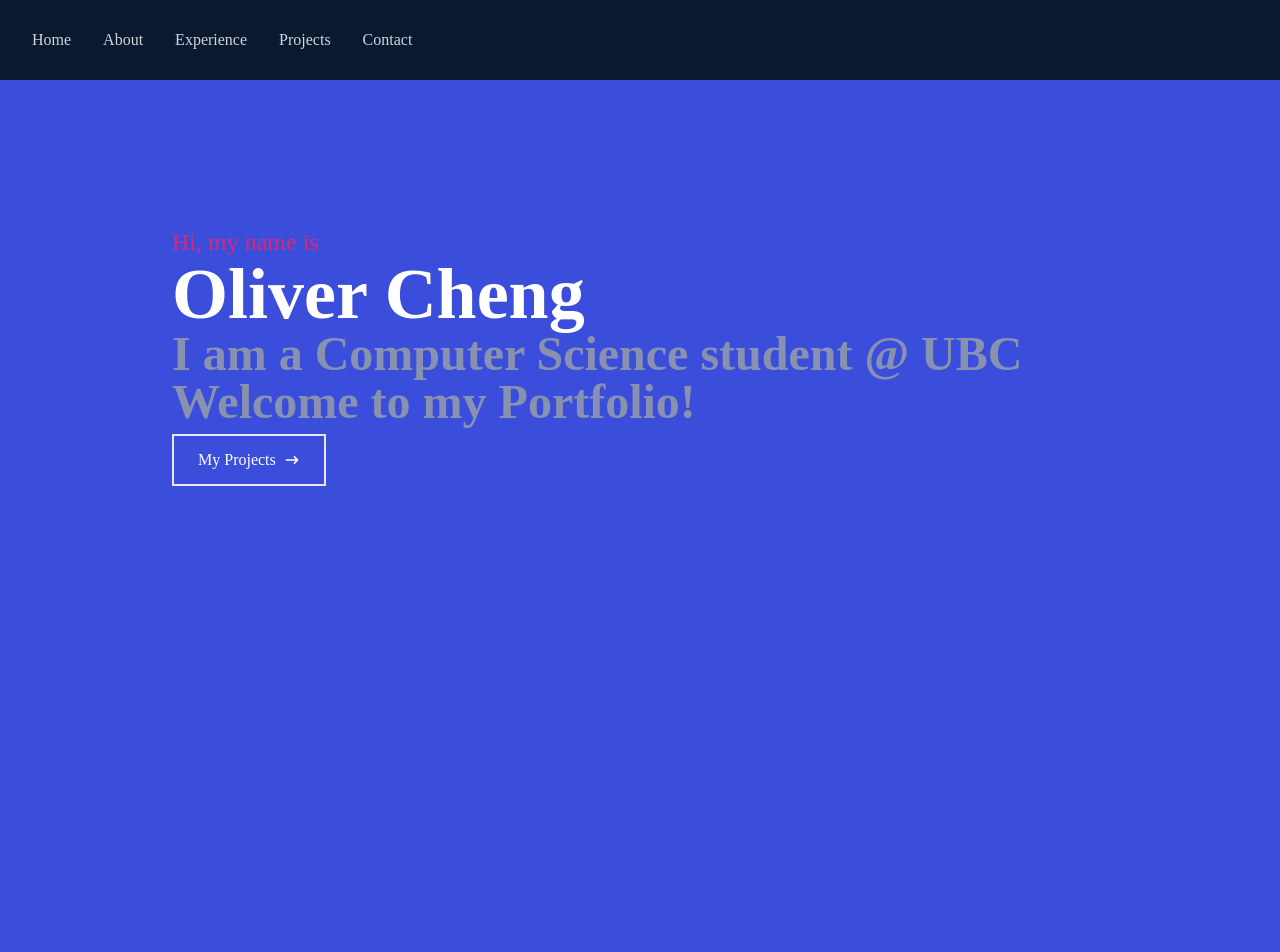
Repository: olichengus/Project-Portfolio
Page: /
An editor plug-in stored every save of this project. The page is shown before and after the next save, followed by the edit.
The browser window is 1280 px wide. The pictures show the part of the page from y = 0 to 952 px (the page is 2160 px tall).
The project was rebuilt for these pictures with package versions that can differ from the ones it lists, and the page was loaded fresh each time.

Above is the page before, as saved 2024-02-09 23:48:39.

After the next save:
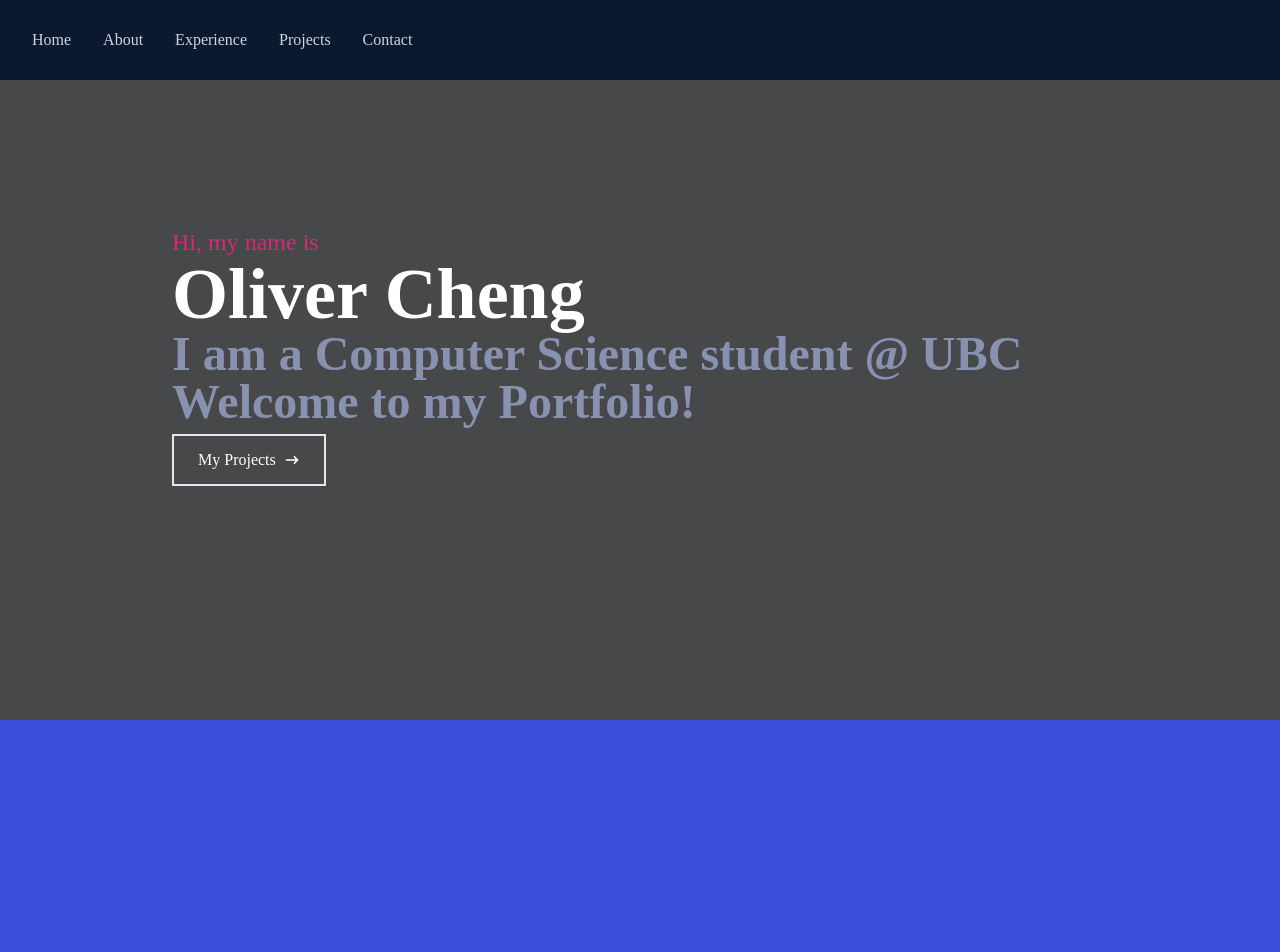
Saved 75 s later.
--- a/src/components/Home.jsx
+++ b/src/components/Home.jsx
@@ -3,7 +3,7 @@ import {HiArrowNarrowRight} from 'react-icons/hi'
 
 const Home = () => {
   return (
-    <div className='w-full h-screen bg-[#3b4ddb]'>
+    <div className='w-full h-screen bg-[#47484a]'>
       {/* Container */}
       <div className='max-w-[1000px] mx-auto px-8 flex flex-col justify-center h-full'>
         <p className='text-pink-600 text-2xl'>Hi, my name is</p>
